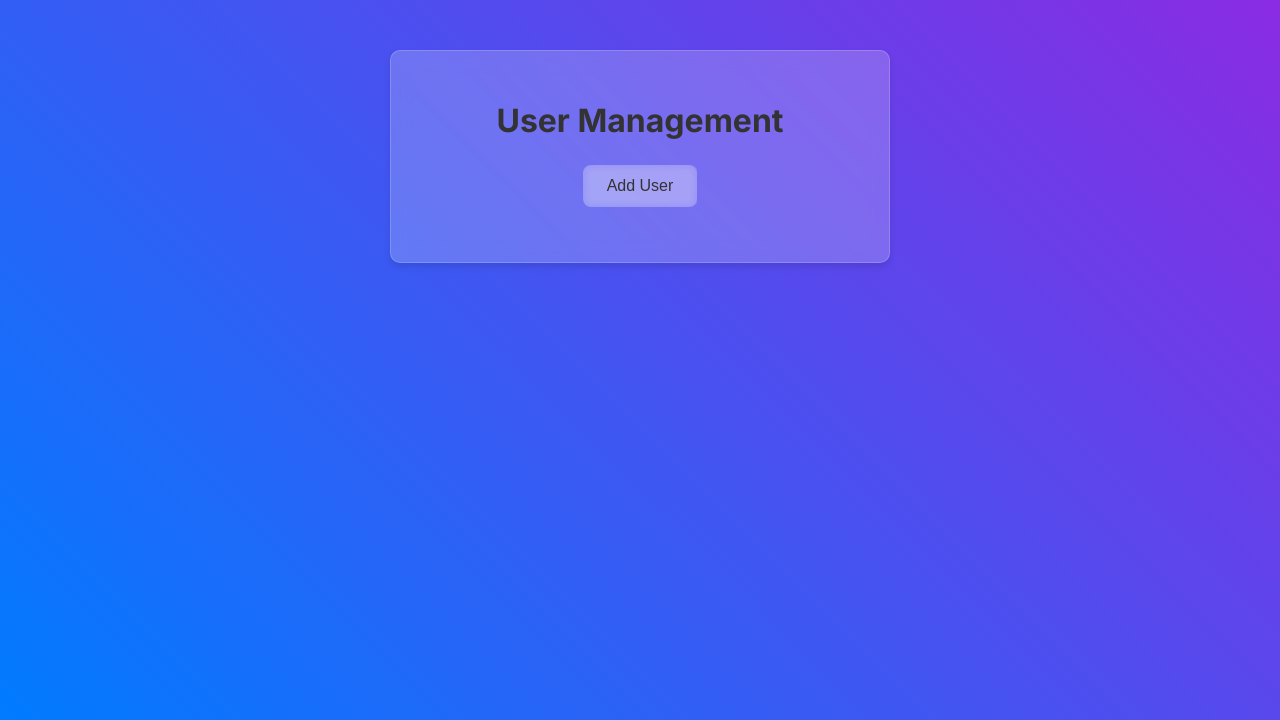
Repository: EeeeeEyyyy/crud-proj
Page: /
An editor plug-in stored every save of this project. The page is shown before and after the next save, followed by the edit.
The browser window is 1280 px wide. The pictures show the whole page.
The page's requests for data from a server got no answer. The project was rebuilt for these pictures with package versions that can differ from the ones it lists, and the page was loaded fresh each time. The framework's server and built-in components were replaced by stand-ins that run in the browser. No one was signed in, and anything a server would have sent is missing. Also part of the build but not shown: next.config.mjs.

Above is the page before, as saved 2024-06-24 15:03:10.

After the next save:
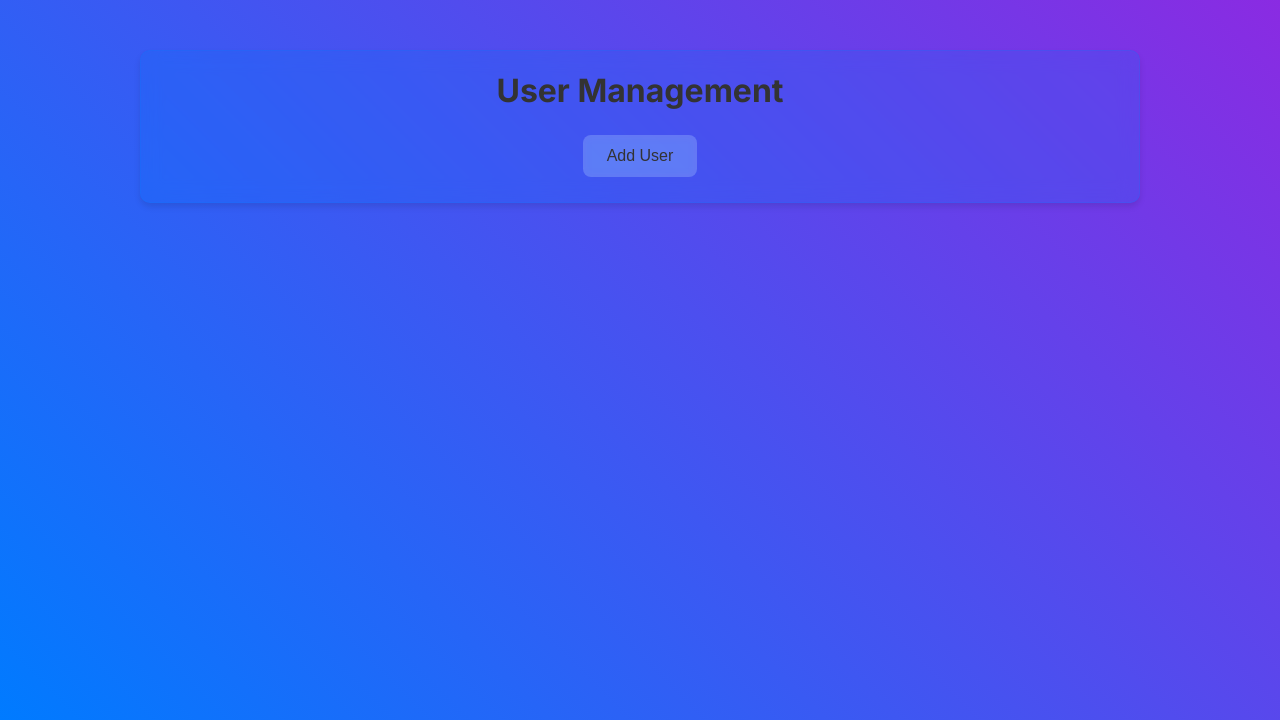
Saved 2 min 35 s later.
--- a/src/app/globals.css
+++ b/src/app/globals.css
@@ -3,20 +3,21 @@
   padding: 0;
   margin: 0;
 }
+
 html,
 body {
   max-width: 100vw;
   overflow-x: hidden;
   background: linear-gradient(45deg, rgb(0, 123, 255), rgb(138, 43, 226)); /* Blue to Violet */
   height: 100%;
-  margin: 0;
-  padding: 0;
   font-family: Arial, sans-serif;
 }
+
 a {
   color: inherit;
   text-decoration: none;
 }
+
 .main {
   display: flex;
   flex-direction: column;
@@ -25,22 +26,25 @@
   padding: 6rem;
   min-height: 100vh;
 }
+
 .description {
-  display: inherit;
-  justify-content: inherit;
-  align-items: inherit;
+  display: flex;
+  justify-content: center;
+  align-items: center;
   font-size: 0.85rem;
   max-width: var(--max-width);
   width: 100%;
   z-index: 2;
   font-family: var(--font-mono);
 }
+
 .description a {
   display: flex;
   justify-content: center;
   align-items: center;
   gap: 0.5rem;
 }
+
 .description p {
   position: relative;
   margin: 0;
@@ -49,16 +53,19 @@
   border: 1px solid rgba(var(--callout-border-rgb), 0.3);
   border-radius: var(--border-radius);
 }
+
 .code {
   font-weight: 700;
   font-family: var(--font-mono);
 }
+
 .grid {
   display: grid;
   grid-template-columns: repeat(4, minmax(25%, auto));
   max-width: 100%;
   width: var(--max-width);
 }
+
 .card {
   padding: 1rem 1.2rem;
   border-radius: var(--border-radius);
@@ -66,6 +73,7 @@
   border: 1px solid rgba(var(--card-border-rgb), 0);
   transition: background 200ms, border 200ms;
 }
+
 .card span {
   display: inline-block;
   transition: transform 200ms;
@@ -75,14 +83,15 @@
   font-weight: 600;
   margin-bottom: 0.7rem;
 }
+
 .card p {
   margin: 0;
   opacity: 0.6;
   font-size: 0.9rem;
   line-height: 1.5;
   max-width: 30ch;
-  text-wrap: balance;
-}
+}
+
 .center {
   display: flex;
   justify-content: center;
@@ -90,6 +99,15 @@
   position: relative;
   padding: 4rem 0;
 }
+
+.center::before,
+.center::after {
+  content: "";
+  position: absolute;
+  filter: blur(45px);
+  transform: translateZ(0);
+}
+
 .center::before {
   background: var(--secondary-glow);
   border-radius: 50%;
@@ -97,49 +115,49 @@
   height: 360px;
   margin-left: -400px;
 }
+
 .center::after {
   background: var(--primary-glow);
   width: 240px;
   height: 180px;
   z-index: -1;
 }
-.center::before,
-.center::after {
-  content: "";
-  left: 50%;
-  position: absolute;
-  filter: blur(45px);
-  transform: translateZ(0);
-}
+
 .logo {
   position: relative;
 }
+
 /* Enable hover only on non-touch devices */
 @media (hover: hover) and (pointer: fine) {
   .card:hover {
     background: rgba(var(--card-rgb), 0.1);
     border: 1px solid rgba(var(--card-border-rgb), 0.15);
   }
+
   .card:hover span {
     transform: translateX(4px);
   }
 }
+
 @media (prefers-reduced-motion) {
   .card:hover span {
     transform: none;
   }
 }
+
 /* Mobile */
 @media (max-width: 700px) {
   .content {
     padding: 4rem;
   }
+
   .grid {
     grid-template-columns: 1fr;
     margin-bottom: 120px;
     max-width: 320px;
     text-align: center;
   }
+
   .card {
     padding: 1rem 2.5rem;
   }
@@ -229,6 +247,8 @@
     transform: rotate(0deg);
   }
 }
+
+/* Container Styles */
 .container {
   max-width: 1000px;
   margin: 50px auto;
@@ -330,18 +350,4 @@
   width: calc(100% - 20px);
   margin: 10px 0;
   padding: 10px;
-  border: 1px solid rgba(0, 0, 0, 0.1);
-  border-radius: 4px;
-  font-size: 16px;
-}
-.container { max-width: 500px; margin: 50px auto; padding: 50px; background: rgba(255, 255, 255, 0.2); border: 1px solid rgba(255, 255, 255, 0.18); border-radius: 10px; backdrop-filter: blur(10px); box-shadow: 0 4px 6px rgba(0, 0, 0, 0.1); text-align: center; }
-h1 { font-size: 2em; margin-bottom: 20px; color: #333; }
-.glassButton { background: rgba(255, 255, 255, 0.2); border: none; padding: 12px 24px; font-size: 16px; color: #333; cursor: pointer; outline: none; transition: background-color 0.3s ease, transform 0.3s ease; backdrop-filter: blur(5px); border-radius: 8px; margin: 5px; }
-.glassButton:hover { background: rgba(255, 255, 255, 0.3); transform: scale(1.05); }
-.modalOverlay { position: fixed; top: 0; left: 0; right: 0; bottom: 0; background-color: rgba(0, 0, 0, 0.5); display: flex; justify-content: center; align-items: center; z-index: 1000; }
-.modal { background: rgba(255, 255, 255, 0.8); padding: 20px; border-radius: 8px; width: 400px; max-width: 90%; box-shadow: 0 4px 6px rgba(0, 0, 0, 0.1); backdrop-filter: blur(10px); position: relative; }
-.closeButton { background: rgba(255, 255, 255, 0.5); padding: 8px; border-radius: 50%; border: none; font-size: 20px; cursor: pointer; position: absolute; top: 10px; right: 10px; transition: background-color 0.3s ease; }
-.closeButton:hover { background: rgba(255, 255, 255, 0.8); }
-ul { list-style-type: none; padding: 0; }
-li { display: flex; justify-content: space-between; align-items: center; padding: 10px; border-bottom: 1px solid rgba(0, 0, 0, 0.1); color: #333; }
-input { display: block; width: calc(100% - 20px); margin: 10px 0; padding: 10px; border: 1px solid rgba(0, 0, 0, 0.1); border-radius: 4px; font-size: 16px; }
+  border: 1px solid rgba(0, 0, 0

After the save that followed:
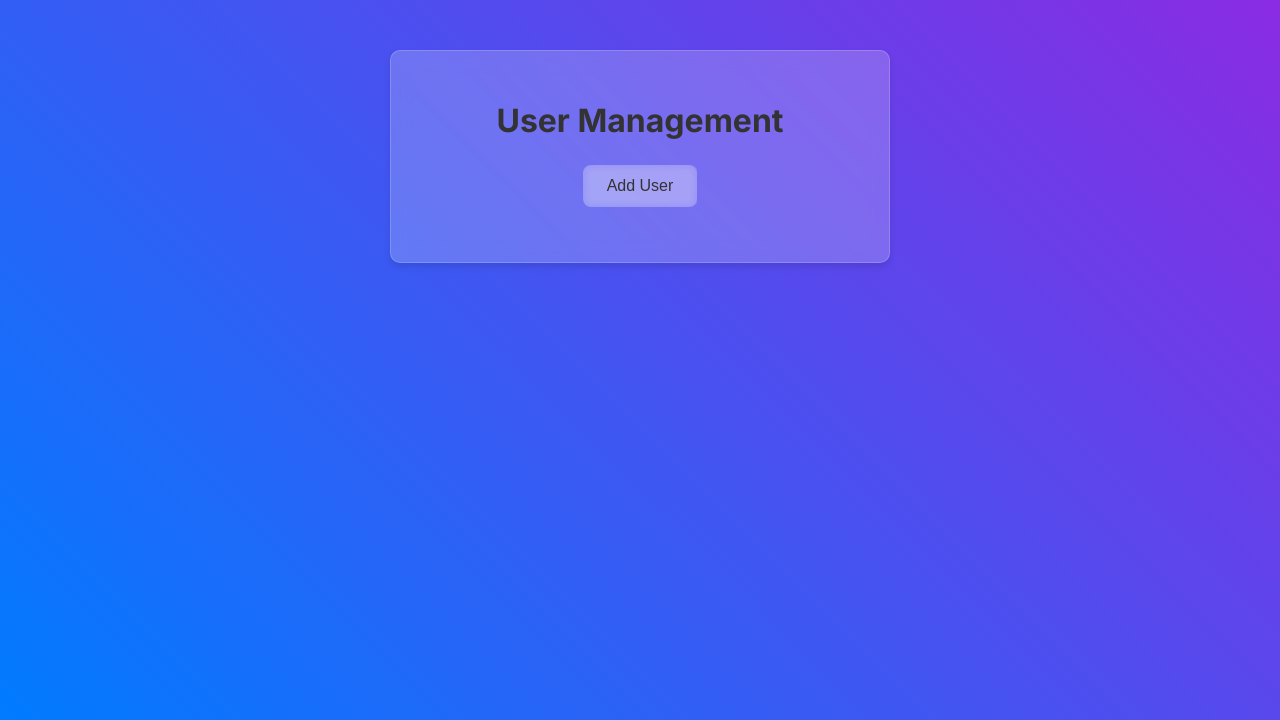
Saved 67 s later.
--- a/src/app/globals.css
+++ b/src/app/globals.css
@@ -3,21 +3,20 @@
   padding: 0;
   margin: 0;
 }
-
 html,
 body {
   max-width: 100vw;
   overflow-x: hidden;
   background: linear-gradient(45deg, rgb(0, 123, 255), rgb(138, 43, 226)); /* Blue to Violet */
   height: 100%;
+  margin: 0;
+  padding: 0;
   font-family: Arial, sans-serif;
 }
-
 a {
   color: inherit;
   text-decoration: none;
 }
-
 .main {
   display: flex;
   flex-direction: column;
@@ -26,25 +25,22 @@
   padding: 6rem;
   min-height: 100vh;
 }
-
 .description {
-  display: flex;
-  justify-content: center;
-  align-items: center;
+  display: inherit;
+  justify-content: inherit;
+  align-items: inherit;
   font-size: 0.85rem;
   max-width: var(--max-width);
   width: 100%;
   z-index: 2;
   font-family: var(--font-mono);
 }
-
 .description a {
   display: flex;
   justify-content: center;
   align-items: center;
   gap: 0.5rem;
 }
-
 .description p {
   position: relative;
   margin: 0;
@@ -53,19 +49,16 @@
   border: 1px solid rgba(var(--callout-border-rgb), 0.3);
   border-radius: var(--border-radius);
 }
-
 .code {
   font-weight: 700;
   font-family: var(--font-mono);
 }
-
 .grid {
   display: grid;
   grid-template-columns: repeat(4, minmax(25%, auto));
   max-width: 100%;
   width: var(--max-width);
 }
-
 .card {
   padding: 1rem 1.2rem;
   border-radius: var(--border-radius);
@@ -73,7 +66,6 @@
   border: 1px solid rgba(var(--card-border-rgb), 0);
   transition: background 200ms, border 200ms;
 }
-
 .card span {
   display: inline-block;
   transition: transform 200ms;
@@ -83,15 +75,14 @@
   font-weight: 600;
   margin-bottom: 0.7rem;
 }
-
 .card p {
   margin: 0;
   opacity: 0.6;
   font-size: 0.9rem;
   line-height: 1.5;
   max-width: 30ch;
-}
-
+  text-wrap: balance;
+}
 .center {
   display: flex;
   justify-content: center;
@@ -99,15 +90,6 @@
   position: relative;
   padding: 4rem 0;
 }
-
-.center::before,
-.center::after {
-  content: "";
-  position: absolute;
-  filter: blur(45px);
-  transform: translateZ(0);
-}
-
 .center::before {
   background: var(--secondary-glow);
   border-radius: 50%;
@@ -115,49 +97,49 @@
   height: 360px;
   margin-left: -400px;
 }
-
 .center::after {
   background: var(--primary-glow);
   width: 240px;
   height: 180px;
   z-index: -1;
 }
-
+.center::before,
+.center::after {
+  content: "";
+  left: 50%;
+  position: absolute;
+  filter: blur(45px);
+  transform: translateZ(0);
+}
 .logo {
   position: relative;
 }
-
 /* Enable hover only on non-touch devices */
 @media (hover: hover) and (pointer: fine) {
   .card:hover {
     background: rgba(var(--card-rgb), 0.1);
     border: 1px solid rgba(var(--card-border-rgb), 0.15);
   }
-
   .card:hover span {
     transform: translateX(4px);
   }
 }
-
 @media (prefers-reduced-motion) {
   .card:hover span {
     transform: none;
   }
 }
-
 /* Mobile */
 @media (max-width: 700px) {
   .content {
     padding: 4rem;
   }
-
   .grid {
     grid-template-columns: 1fr;
     margin-bottom: 120px;
     max-width: 320px;
     text-align: center;
   }
-
   .card {
     padding: 1rem 2.5rem;
   }
@@ -247,8 +229,6 @@
     transform: rotate(0deg);
   }
 }
-
-/* Container Styles */
 .container {
   max-width: 1000px;
   margin: 50px auto;
@@ -350,4 +330,18 @@
   width: calc(100% - 20px);
   margin: 10px 0;
   padding: 10px;
-  border: 1px solid rgba(0, 0, 0
+  border: 1px solid rgba(0, 0, 0, 0.1);
+  border-radius: 4px;
+  font-size: 16px;
+}
+.container { max-width: 500px; margin: 50px auto; padding: 50px; background: rgba(255, 255, 255, 0.2); border: 1px solid rgba(255, 255, 255, 0.18); border-radius: 10px; backdrop-filter: blur(10px); box-shadow: 0 4px 6px rgba(0, 0, 0, 0.1); text-align: center; }
+h1 { font-size: 2em; margin-bottom: 20px; color: #333; }
+.glassButton { background: rgba(255, 255, 255, 0.2); border: none; padding: 12px 24px; font-size: 16px; color: #333; cursor: pointer; outline: none; transition: background-color 0.3s ease, transform 0.3s ease; backdrop-filter: blur(5px); border-radius: 8px; margin: 5px; }
+.glassButton:hover { background: rgba(255, 255, 255, 0.3); transform: scale(1.05); }
+.modalOverlay { position: fixed; top: 0; left: 0; right: 0; bottom: 0; background-color: rgba(0, 0, 0, 0.5); display: flex; justify-content: center; align-items: center; z-index: 1000; }
+.modal { background: rgba(255, 255, 255, 0.8); padding: 20px; border-radius: 8px; width: 400px; max-width: 90%; box-shadow: 0 4px 6px rgba(0, 0, 0, 0.1); backdrop-filter: blur(10px); position: relative; }
+.closeButton { background: rgba(255, 255, 255, 0.5); padding: 8px; border-radius: 50%; border: none; font-size: 20px; cursor: pointer; position: absolute; top: 10px; right: 10px; transition: background-color 0.3s ease; }
+.closeButton:hover { background: rgba(255, 255, 255, 0.8); }
+ul { list-style-type: none; padding: 0; }
+li { display: flex; justify-content: space-between; align-items: center; padding: 10px; border-bottom: 1px solid rgba(0, 0, 0, 0.1); color: #333; }
+input { display: block; width: calc(100% - 20px); margin: 10px 0; padding: 10px; border: 1px solid rgba(0, 0, 0, 0.1); border-radius: 4px; font-size: 16px; }
